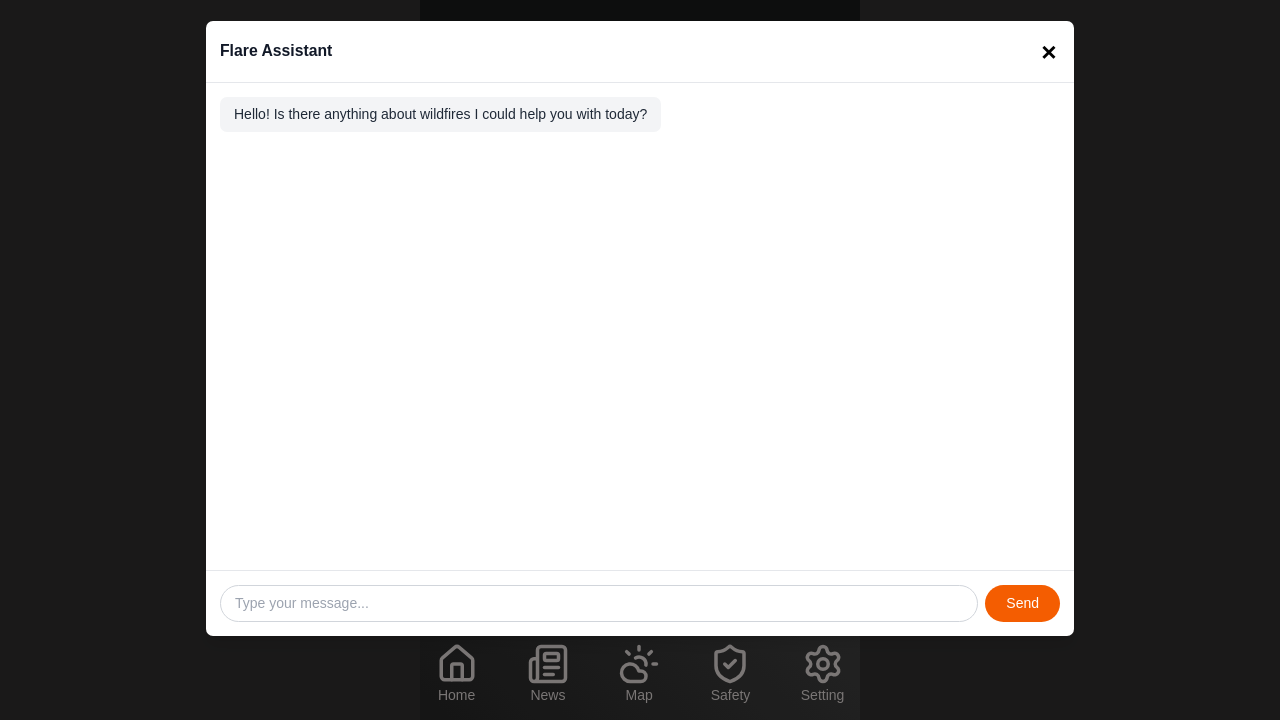
Repository: BCITKevin/Flare_IDSP
Page: /safety, after clicking the first element matching `button.flex`
An editor plug-in stored every save of this project. The page is shown before and after the next save, followed by the edit.
The browser window is 1280 px wide. The pictures show the whole page.
An inner scrolling area shows only its first screen. Some web fonts or font styles are not loaded; a fallback is used. The project was rebuilt for these pictures with package versions that can differ from the ones it lists, and the page was loaded fresh each time. The framework's server and built-in components were replaced by stand-ins that run in the browser. Also part of the build but not shown: next.config.js, next.config.mjs.

Above is the page before, as saved 2024-11-30 08:04:56.

After the next save:
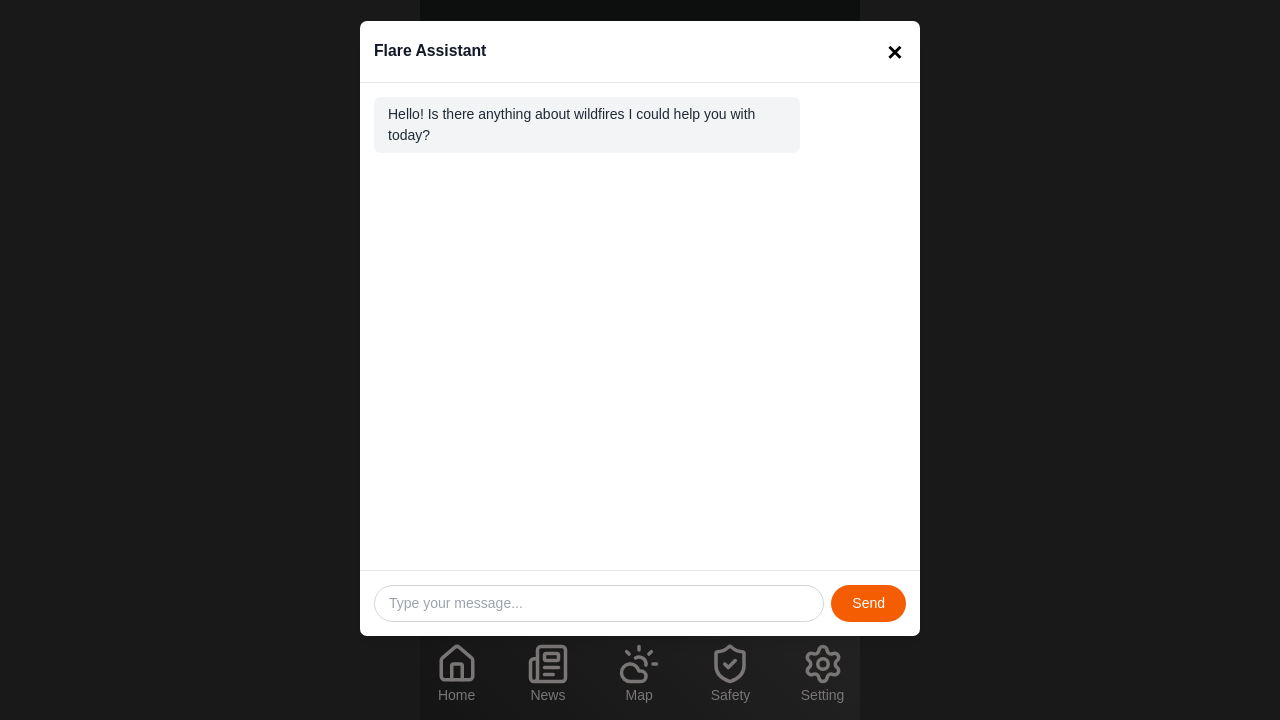
Saved 7 s later.
--- a/src/app/safety/page.tsx
+++ b/src/app/safety/page.tsx
@@ -222,7 +222,7 @@ export default function Safety() {
                 {showChat ? (
                     <>
                         <div className="justify-center items-center flex overflow-x-hidden overflow-y-auto fixed inset-0 z-50 outline-none focus:outline-none">
-                            <div className="relative w-full h-full mx-auto max-w-5xl px-4 pt-6 pb-24">
+                            <div className="relative w-full h-full mx-auto max-w-2xl px-4 pt-6 pb-24">
                                 <div className="border-0 rounded-lg shadow-lg relative flex flex-col w-full h-full bg-white outline-none focus:outline-none">
                                     {/* Header */}
                                     <div className="flex items-center justify-between p-4 border-b border-solid border-gray-200">
